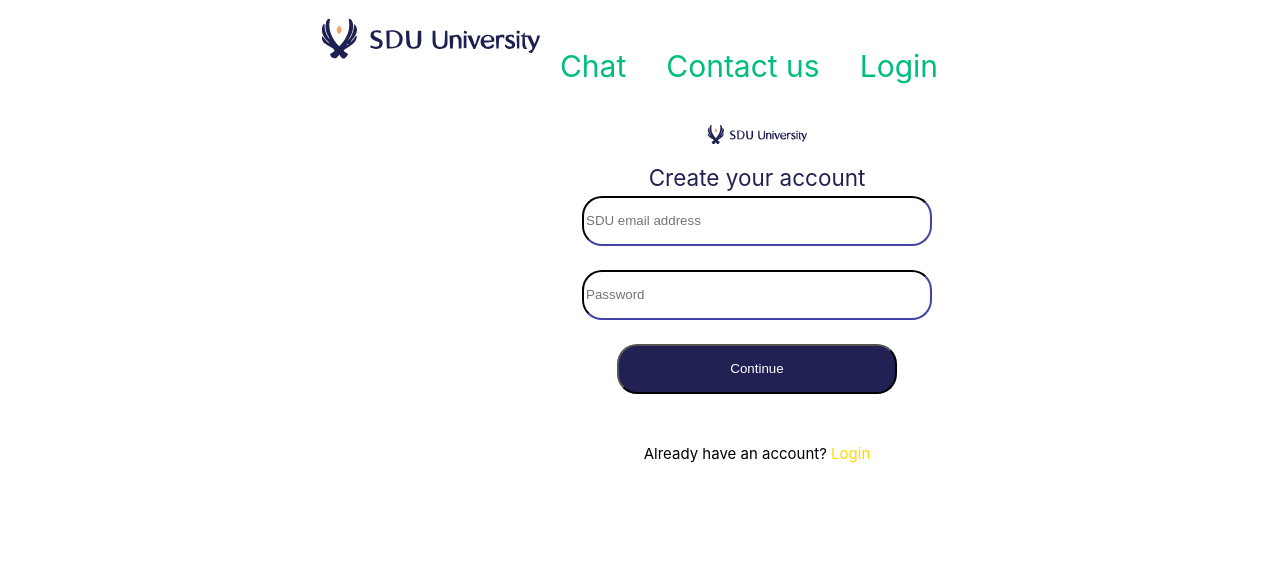
Repository: tolepbekova/Community_v.l
Page: /sign
An editor plug-in stored every save of this project. The page is shown before and after the next save, followed by the edit.
The browser window is 1280 px wide. The pictures show the whole page.
The project was rebuilt for these pictures with package versions that can differ from the ones it lists, and the page was loaded fresh each time. Also part of the build but not shown: vite.config.js, src/components/HelloWorld.vue, src/views/Login.vue. Imported but missing from the stored project, and not drawn on this page: src/views/Change.vue.

Above is the page before, as saved 2024-05-10 03:23:48.

### src/App.vue
<script setup>
import HelloWorld from './components/HelloWorld.vue'
import router from './router/index.js'
import './assets/base.css'
</script>

<template>
    <div id="app">
        <v-app id="header">
            <v-card color="grey lighten-4" flat height="100px" tile>
                <v-toolbar dense>

                    <a href="about.html"><img class="logo" src="../src/assets/logo/log.svg"></a>

                    <v-spacer></v-spacer>

                    <span><router-link to="/getstart">Chat</router-link></span>
                        <span><router-link to="/contact">Contact us</router-link></span>
                        <span><router-link to="/auth">Login</router-link></span>


                </v-toolbar>
            </v-card>
        </v-app>
         <router-view />
    </div>

</template>

<style>
#app {
    display: flex;

}

#header {
    display: flex;
    width: 100%;
    flex-direction: column;
    align-items: center;
    justify-content: space-between;
    position: fixed;
    margin-left: 0px;
    margin-right: 0px;
    margin-top: 0px;
}

#header img {
    width: 218px;
    height: 77px;
}

#navbar {
    display: flex;
    align-items: center;
    justify-content: center;
}
span  {
    list-style: none;
    padding: 0 20px;
    text-decoration: none;
    font-size: 30px;
    color: rgba(33, 33, 83, 1);
    transition: 0.3s ease;
}

#navbar li :hover {
    color: rgb(237, 237, 167);
}
</style>

### src/router/index.js
import Vue from 'vue'
import VueRouter from 'vue-router'
import Login from '../views/Login.vue'

Vue.use(VueRouter)

const router = new VueRouter({
  mode: 'history',
  base: import.meta.env.BASE_URL,
  routes: [
    {
      path: '/login',
      name: 'login',
      component: Login
    },
    {
      path: '/getstart',
      name: 'getstart',
      // route level code-splitting
      // this generates a separate chunk (About.[hash].js) for this route
      // which is lazy-loaded when the route is visited.
      component: () => import('../views/AboutView.vue')
    },
    {
      path: '/home',
      name: 'Home',
      // route level code-splitting
      // this generates a separate chunk (About.[hash].js) for this route
      // which is lazy-loaded when the route is visited.
      component: () => import('../views/About.vue')
    },
    {
      path: '/sign',
      name: 'signin',
      component: () => import('../views/Signin.vue')
    },
    {
      path: '/contact',
      name: 'contact',
      component: () => import('../views/Contact.vue')
    },
    {
      path: '/auth',
      name: 'auth',
      component: () => import('../views/Auth.vue')
    },
    {
      path: '/change',
      name: 'change',
      component: () => import('../views/Change.vue')
    },
    {
      path: '/auth',
      name: 'auth',
      component: () => import('../views/Auth.vue')
    },

  ]
})

export default router

### src/assets/main.css
@import "./base.css";

#app {

  font-weight: normal;
}

a,
.green {
  text-decoration: none;
  color: hsla(160, 100%, 37%, 1);
  transition: 0.4s;
}

@media (hover: hover) {
  a:hover {
    background-color: hsla(160, 100%, 37%, 0.2);
  }
}

@media (min-width: 1024px) {
  body {
    display: flex;
    place-items: center;
  }

  #app {
    display: grid;
    grid-template-columns: 1fr 1fr;
    padding: 0 2rem;
  }
}

### src/assets/base.css
/* color palette from <https://github.com/vuejs/theme> */
:root {
  --vt-c-white: #ffffff;
  --vt-c-white-soft: #f8f8f8;
  --vt-c-white-mute: #f2f2f2;

  --vt-c-black: #181818;
  --vt-c-black-soft: #222222;
  --vt-c-black-mute: #282828;

  --vt-c-indigo: #2c3e50;

  --vt-c-divider-light-1: rgba(60, 60, 60, 0.29);
  --vt-c-divider-light-2: rgba(60, 60, 60, 0.12);
  --vt-c-divider-dadarkrk-1: rgba(84, 84, 84, 0.65);
  --vt-c-divider-dark-2: rgba(84, 84, 84, 0.48);

  --vt-c-text-light-1: var(--vt-c-indigo);
  --vt-c-text-light-2: rgba(60, 60, 60, 0.66);
  --vt-c-text-dark-1: var(--vt-c-white);
  --vt-c-text-dark-2: rgba(235, 235, 235, 0.64);
}

/* semantic color variables for this project */
:root {
  --color-background: var(--vt-c-white);
  --color-background-soft: var(--vt-c-white-soft);
  --color-background-mute: var(--vt-c-white-mute);

  --color-border: var(--vt-c-divider-light-2);
  --color-border-hover: var(--vt-c-divider-light-1);

  --color-heading: var(--vt-c-text-light-1);
  --color-text: var(--vt-c-text-light-1);

  --section-gap: 160px;
}

@media (prefers-color-scheme: dark) {
  :root {
    --color-background: var(--vt-c-black);
    --color-background-soft: var(--vt-c-black-soft);
    --color-background-mute: var(--vt-c-black-mute);

    --color-border: var(--vt-c-divider-dark-2);
    --color-border-hover: var(--vt-c-divider-dark-1);

    --color-heading: var(--vt-c-text-dark-1);
    --color-text: var(--vt-c-text-dark-2);
  }
}

*,
*::before,
*::after {
  box-sizing: border-box;
  margin: 0;
  position: relative;
  font-weight: normal;
}
html{
  padding: 0;
  margin: 0;
}
body {
  min-height: 10vh;
  padding: 0;
  margin: 0;
  transition: color 0.5s, background-color 0.5s;
  line-height: 1.6;
  font-family: Inter, -apple-system, BlinkMacSystemFont, 'Segoe UI', Roboto, Oxygen, Ubuntu,
    Cantarell, 'Fira Sans', 'Droid Sans', 'Helvetica Neue', sans-serif;
  font-size: 15px;
  text-rendering: optimizeLegibility;
  -webkit-font-smoothing: antialiased;
  -moz-osx-font-smoothing: grayscale;
}

### src/views/Signin.vue
<template>
  <div>


    <br><br><br><br>
    <section id="hero">
      <div class="abrow">
        <div class="abcolu">
          <img src="../assets/logo/log.svg" alt="">
        </div>

        <div class="abcolu">
          <h1>Create your account</h1>
          <form id="signin-form" @submit.prevent="signIn" name="myForm" method="post">
            <input type="email" v-model="email" placeholder="SDU email address" required>
            <br><br>
            <input type="password" v-model="password" placeholder="Password" required>
            <br><br>
            <button class="btn" type="submit">Continue</button>
          </form>
          <br><br>
          <p>Already have an account? <router-link to="log">Login</router-link></p>
        </div>
      </div>
    </section>
  </div>
</template>

<script>
import axios from 'axios';
export default {
  data() {
    return {
      email: '',
      password: ''
    };
  },
  methods: {
    signIn() {
      axios.post(`https://sschat-production.up.railway.app/accounts/auth/users/`, {
        email: this.email,
        password: this.password
      })
        .then((response) => {
          console.log(response.data);
          localStorage.setItem('id', response.data.id);
          this.$router.push('/getstart');
        })
        .catch((error) => {
          console.error('Error:', error);
        });
    }
  }
}
</script>

<style scoped>
h1 {
    color: rgba(33, 33, 83, 1);
}

#header {
    display: flex;
    align-items: center;
    justify-content: space-around;
    padding: 20px 80px;

}

#header img {
    width: 218px;
    height: 77px;
}

#navbar {
    display: flex;
    align-items: center;
    justify-content: center;
}

#navbar li {
    list-style: none;
    padding: 0 20px;
}

#navbar li a {
    text-decoration: none;
    font-size: 30px;
    color: rgba(33, 33, 83, 1);
    transition: 0.3s ease;
}

#navnar li a:hover {
    color: rgb(237, 237, 167);
}

.abrow {
    margin: 20px auto;
    display: block;
    text-align: center;
    margin-left: 550px;
}

.abcolu {
    margin: 0 auto;
    display: block;
    text-align: center;
}

img {
    max-width: 99px;
    max-height: 99px;
}


.abp {
    margin: 0 auto;
    display: block;
    width: 670px;
    height: 100px;
}

.icon {
    width: 24px;
    height: 24px;
}

.btn {
    background-color: rgba(33, 33, 83, 1);
    border-radius: 20px;
    width: 280px;
    height: 50px;
    color: #ffffff;
}

input {
    border-radius: 20px;
    width: 350px;
    height: 50px;
    border-color: rgba(33, 33, 83, 1);
}

a {
    color: gold;
}

.lbtn1 {
    margin: 0 auto;
    display: block;
    width: 266px;
    height: 48px;
    border-radius: 30px;
    color: rgba(33, 33, 83, 1);
    background-color: rgba(253, 211, 149, 1);
    border: none;
    font-size: 15px;
    font-family: Cambria, Cochin, Georgia, Times, 'Times New Roman', serif;
    font-weight: bold;

}

.lbtn2 {
    margin: 0 auto;
    display: block;
    width: 266px;
    height: 48px;
    border-radius: 30px;
    color: rgba(33, 33, 83, 1);
    background-color: rgba(253, 211, 149, 1);
    border: none;
    font-size: 15px;
    font-family: Cambria, Cochin, Georgia, Times, 'Times New Roman', serif;
    font-weight: bold;

}
</style>

Loaded but not shown: index.html (common file); src/main.js (common file)

After the next save:
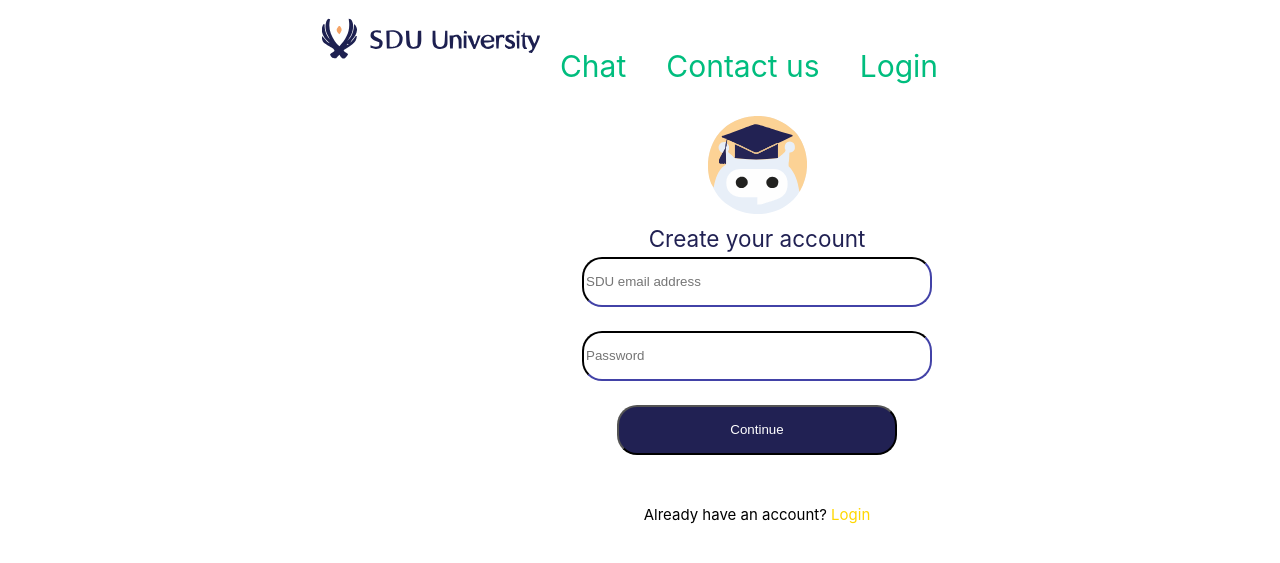
Saved 39 s later.
--- a/src/views/Signin.vue
+++ b/src/views/Signin.vue
@@ -6,9 +6,8 @@
     <section id="hero">
       <div class="abrow">
         <div class="abcolu">
-          <img src="../assets/logo/log.svg" alt="">
-        </div>
-
+                <img src="../assets/logo/finalicon13_1.svg" alt="">
+            </div>
         <div class="abcolu">
           <h1>Create your account</h1>
           <form id="signin-form" @submit.prevent="signIn" name="myForm" method="post">
